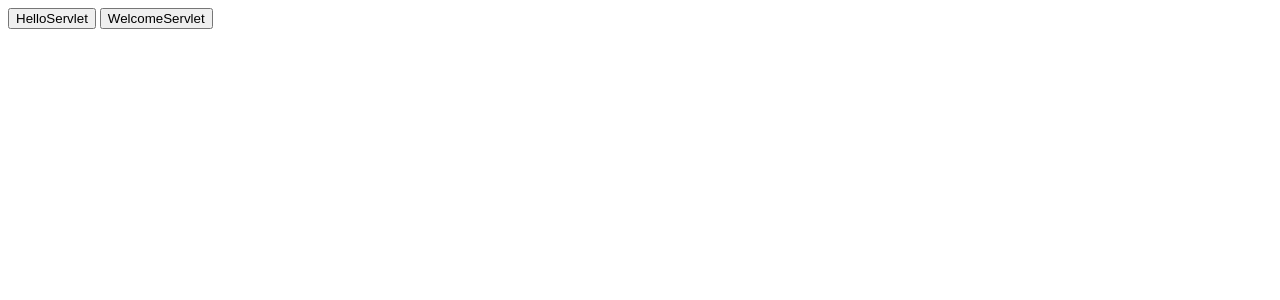
Repository: tanakoji/test
Page: http://localhost/HelloServlet/
These files come from the project's save history. The page is drawn as it stood at one moment and after the next save; the edit follows.
The browser window is 1280 px wide. The pictures show the whole page.
The page is served by Tomcat 9. Other server files are loaded and not shown.

Above is the page before, as saved 2018-01-31 07:39:47.

### HelloServlet/WebContent/index.jsp
<%@ page language="java" contentType="text/html; charset=UTF-8"
    pageEncoding="UTF-8"%>
<!DOCTYPE html>
<html>
<head>
<meta charset="UTF-8">
<title>HelloServlet</title>
</head>
<body>
<input type="button" value="HelloServlet" onClick="location.href='HelloServlet'">
<input type="button" value="WelcomeServlet" onClick="location.href='welcome.jsp'">
</body>
</html>

After the next save:
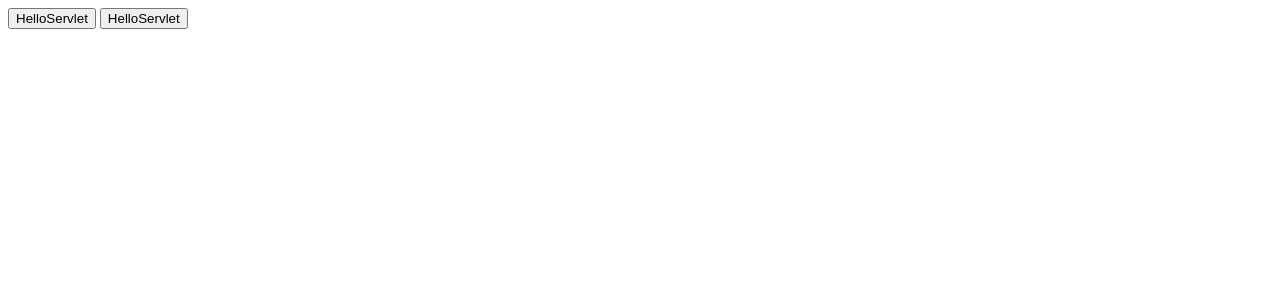
Saved 5 min 45 s later.
--- a/HelloServlet/WebContent/index.jsp
+++ b/HelloServlet/WebContent/index.jsp
@@ -8,6 +8,7 @@
 </head>
 <body>
 <input type="button" value="HelloServlet" onClick="location.href='HelloServlet'">
-<input type="button" value="WelcomeServlet" onClick="location.href='welcome.jsp'">
+<input type="button" value="HelloServlet" onClick="location.href='WelcomeServlet'">
+<!-- <input type="button" value="WelcomeServlet" onClick="location.href='welcome.jsp'"> -->
 </body>
 </html>

After the save that followed:
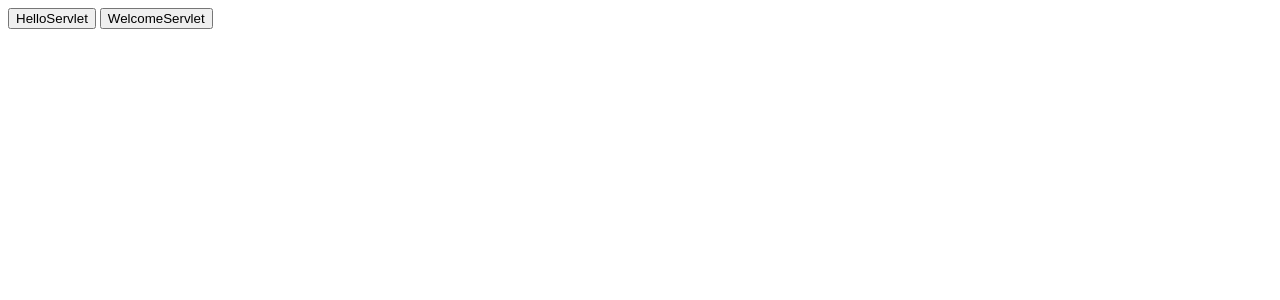
Saved 103 s later.
--- a/HelloServlet/WebContent/index.jsp
+++ b/HelloServlet/WebContent/index.jsp
@@ -8,7 +8,6 @@
 </head>
 <body>
 <input type="button" value="HelloServlet" onClick="location.href='HelloServlet'">
-<input type="button" value="HelloServlet" onClick="location.href='WelcomeServlet'">
-<!-- <input type="button" value="WelcomeServlet" onClick="location.href='welcome.jsp'"> -->
+<input type="button" value="WelcomeServlet" onClick="location.href='welcome.jsp'">
 </body>
 </html>
